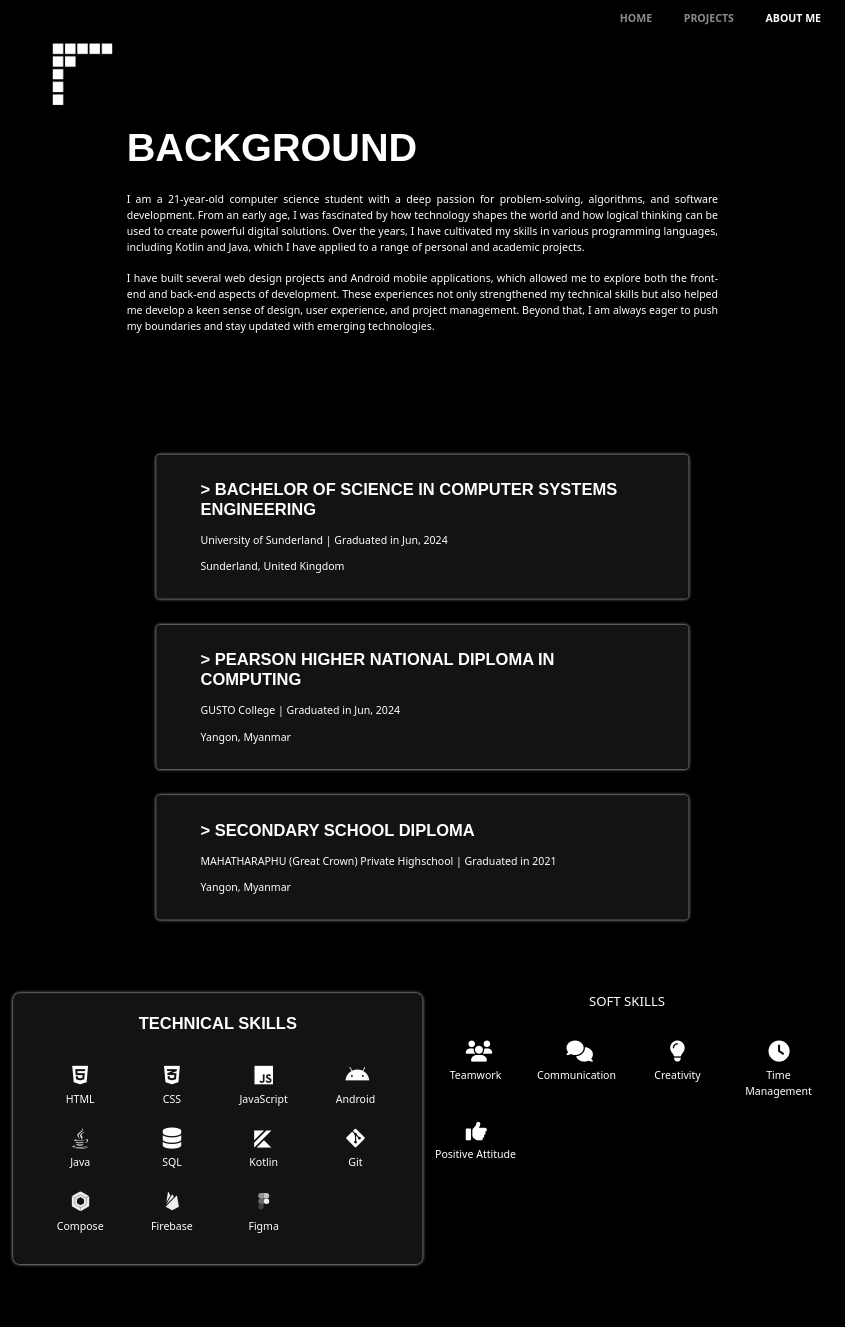
Repository: pyaestk/Portfolio-template
Page: aboutme.html
These files come from the project's save history. The page is drawn as it stood at one moment and after the next save; the edit follows.
The browser window is 1280 px wide. The pictures show the whole page, at 66% of full size.
Some web fonts or font styles are not loaded; a fallback is used. Some web libraries are served in a nearby version.

Above is the page before, as saved 2025-05-24 13:17:11.
Console error: TypeError: Cannot read properties of null (reading 'addEventListener')

### aboutme.html
<!DOCTYPE html>

<html lang="en">

  <head>
    <link
      href="https://cdn.jsdelivr.net/npm/bootstrap@5.3.5/dist/css/bootstrap.min.css"
      rel="stylesheet"
      integrity="sha384-SgOJa3DmI69IUzQ2PVdRZhwQ+dy64/BUtbMJw1MZ8t5HZApcHrRKUc4W0kG879m7"
      crossorigin="anonymous">
    <script
      src="https://cdn.jsdelivr.net/npm/bootstrap@5.3.5/dist/js/bootstrap.bundle.min.js"
      integrity="sha384-k6d4wzSIapyDyv1kpU366/PK5hCdSbCRGRCMv+eplOQJWyd1fbcAu9OCUj5zNLiq"
      crossorigin="anonymous"></script>
    <link rel="stylesheet"
      href="https://cdnjs.cloudflare.com/ajax/libs/font-awesome/6.1.2/css/all.min.css">
    <link href="styles.css" rel="stylesheet">

    <!-- google fonts -->
    <link rel="preconnect" href="https://fonts.googleapis.com">
    <link rel="preconnect" href="https://fonts.gstatic.com" crossorigin>
    <link
      href="https://fonts.googleapis.com/css2?family=Doto:wght@100..900&display=swap"
      rel="stylesheet">
    <link
      href="https://fonts.googleapis.com/css2?family=Roboto:ital,wght@0,100..900;1,100..900&display=swap"
      rel="stylesheet">

    <meta charset="utf-8">
    <meta name="viewport"
      content="width=device-width, initial-scale=1, minimum-scale=1, maximum-scale=1 ">

    <title>My Webpage</title>
  </head>

  <body class="bg-black">

    <nav class="navbar navbar-expand-lg bg-black navbar-dark sticky-top">
      <div class="container-fluid">
        <a class="navbar-brand" href="#"></a>
        <button class="navbar-toggler" type="button" data-bs-toggle="collapse"
          data-bs-target="#navbarNav"
          aria-controls="navbarNav" aria-expanded="false"
          aria-label="Toggle navigation">
          <span class="navbar-toggler-icon"></span>
        </button>
        <div class="collapse navbar-collapse justify-content-end"
          id="navbarNav">
          <ul class="navbar-nav text-center">
            <li class="nav-item px-3">
              <a class="nav-link" aria-current="page" href="index.html">HOME</a>
            </li>
            <li class="nav-item px-3">
              <a class="nav-link" href="projects.html">PROJECTS</a>
            </li>
            <li class="nav-item px-3">
              <a class="nav-link active" href="aboutme.html">ABOUT ME</a>
            </li>
          </ul>
        </div>
      </div>
    </nav>

    <div class="background-container text-white">
      <img src="img/decoration-block2.png" class="decoration-image-1"
        style="--delay: .2s;">

      <h4 class="title" style="--delay: .3s;">BACKGROUND</h4>
      <p style="--delay: .4s;">I am a 21-year-old computer science student with
        a deep passion for problem-solving,
        algorithms, and software development. From an early age, I was
        fascinated by how technology shapes the world and
        how logical thinking can be used to create powerful digital solutions.
        Over the years, I have cultivated my skills
        in various programming languages, including Kotlin and Java, which I
        have applied to a range of personal and
        academic projects.
        <br><br>
        I have built several web design projects and Android mobile
        applications, which allowed me to explore both the
        front-end and back-end aspects of development. These experiences not
        only strengthened my technical skills but
        also helped me develop a keen sense of design, user experience, and
        project management. Beyond that, I am always
        eager to push my boundaries and stay updated with emerging technologies.
        <!-- <br><br>
      Currently, I am particularly interested in deepening my knowledge in fields such as artificial intelligence,
      software engineering, and cybersecurity. I am constantly exploring new concepts through online courses, tutorials,
      and technical communities. My goal is to continue developing solutions that are not only technically sound but
      also meaningful and impactful.
      <br><br>
      Driven by curiosity and a desire to innovate, I see computer science as more than just a career path—it is a
      lifelong journey of learning, building, and contributing to technological advancement. -->
      </p>
    </div>

    <div class="education-container">
      <div class="card reveal3">
        <div class="card-body">
          <h4>> BACHELOR OF SCIENCE IN COMPUTER SYSTEMS ENGINEERING</h4>
          <p>University of Sunderland | Graduated in Jun, 2024</p>
          <span>Sunderland, United Kingdom</span>
        </div>
      </div>
      <div class="card reveal3">
        <div class="card-body">
          <h4>> PEARSON HIGHER NATIONAL DIPLOMA IN COMPUTING</h4>
          <p>GUSTO College | Graduated in Jun, 2024</p>
          <span>Yangon, Myanmar</span>
        </div>
      </div>
      <div class="card reveal3">
        <div class="card-body ">
          <h4>> SECONDARY SCHOOL DIPLOMA</h4>
          <p>MAHATHARAPHU (Great Crown) Private Highschool | Graduated in
            2021</p>
          <span>Yangon, Myanmar</span>
        </div>
      </div>
    </div>

    <div class="container-fluid text-white my-5">
      <div class="row mx-2">

        <div class="col-12 col-md-6 mb-5 technical-skills reveal3">
          <h5 class="mb-5 text-center">TECHNICAL SKILLS</h5>

          <div class="row g-3">
            <div class="col-4 col-md-3 text-center">
              <i class="fa-brands fa-html5 fa-2x tech-icon"></i>
              <p>HTML</p>
            </div>
            <div class="col-4 col-md-3 text-center">
              <i class="fa-brands fa-css3-alt fa-2x tech-icon"></i>
              <p>CSS</p>
            </div>
            <div class="col-4 col-md-3 text-center">
              <i class="fa-brands fa-js fa-2x tech-icon"></i>
              <p>JavaScript</p>
            </div>
            <div class="col-4 col-md-3 text-center">
              <i class="fa-brands fa-android fa-2x tech-icon"></i>
              <p>Android</p>
            </div>
            <div class="col-4 col-md-3 text-center">
              <i class="fa-brands fa-java fa-2x tech-icon"></i>
              <p>Java</p>
            </div>
            <div class="col-4 col-md-3 text-center">
              <i class="fa-solid fa-database fa-2x tech-icon"></i>
              <p>SQL</p>
            </div>
            <div class="col-4 col-md-3 text-center">
              <svg xmlns="http://www.w3.org/2000/svg" viewBox="0 0 8 8"
                class="tech-icon">
                <path fill="currentColor"
                  d="m1 8l3-3l3 3M0 5V1h4M0 8V6l5-5h2" />
              </svg>
              <p>Kotlin</p>
            </div>
            <div class="col-4 col-md-3 text-center">
              <i class="fa-brands fa-git-alt fa-2x tech-icon"></i>
              <p>Git</p>
            </div>
            <div class="col-4 col-md-3 text-center">
              <svg xmlns="http://www.w3.org/2000/svg" viewBox="0 0 128 128"
                class="tech-icon">
                <path fill="#ededed"
                  d="M63.353.759c-2.022-.048-3.83.515-5.604 1.486L14.737 27.521l-1.716 1.01l-.808.555c-1.067.628-2.21 2.15-2.97 3.175l4.168 2.324l2.82 1.55l9.592 5.4l2.454 1.36c1.237-1.491 1.306-1.596 2.472-2.566l26.833-15.884c1.554-.85 3.964-1.976 5.736-1.936c1.769.041 4.04.556 5.552 1.476l23.485 13.342l2.944 1.637a26.5 26.5 0 0 1 3.825 3.052l18.723-11.19l-1.666-1.624c-1.893-1.528-2.544-1.815-3.864-2.497L69.664 2.637C67.932 1.582 65.38.807 63.353.759m.276 23.845c-.95 0-3.036.411-3.86.884l-27.905 16.57c-.823.472-1.655 1.983-2.13 2.801s-.837 2.452-.839 3.303l-.055 33.254c-.002.946.421 2.006.896 2.824s1.268 1.581 2.091 2.054l28.68 16.194c1.07.493 2.69.787 3.64.787s2.174-.147 3.709-.777l27.42-16.173c.824-.474 2.1-1.772 2.575-2.59c.475-.819 1.498-2.895 1.493-3.841l-.146-32.52c-.001-.945-.832-2.85-1.307-3.667c-.475-.82-2.284-2.36-3.108-2.833L67.623 25.58c-.824-.473-3.043-.977-3.994-.977Zm55.2 7.65l-1.163.725l-17.474 10.441c.42 1 .891 3.278.946 4.363l.002.01l.008.312v31.3a10.09 10.09 0 0 1-4.963 8.786l-25.434 15.315c-.922.545-3.108 1.394-5.452 1.841l.002 1.516l-.037 7.825l-.006 3.775l.043 8.781c1.255-.01 3.339-.766 4.423-1.36l.317-.182l.009-.004l44.498-26.253a11.54 11.54 0 0 0 5.666-10.048V37.734c-.014-1.458-.72-4.093-1.385-5.48M8.47 33.817l-.415 1.949c-.352 2.928-.29 3.223-.202 4.705l-.012 49.185c-.02 2.027-.099 4.84.899 6.606c.993 1.762 2.916 2.799 4.657 3.827l45.2 25.602l.008.004l.318.179c1.399.644 2.986 1.145 4.592 1.241l.012-4.872l.004-3.748l-.006-11.404l-.006-1.81c-1.809-.118-3.218-.654-4.14-1.199l-27.041-15.14c-1.527-.9-3.437-1.913-4.308-3.455c-.87-1.543-1.252-3.886-1.235-5.658l.017-29.064l.008-2.096c.061-1.414.277-2.403.687-4.15zm55.323 4.77c.612 0 2.044.327 2.575.632l17.503 9.854c.531.304 1.698 1.3 2.004 1.826c.306.528.84 1.754.84 2.363l.096 20.959c.002.609-.655 1.948-.963 2.476c-.306.528-1.127 1.363-1.657 1.668L66.52 88.79c-.99.406-1.78.505-2.394.505c-.612 0-1.653-.192-2.342-.51L43.297 78.349a3.8 3.8 0 0 1-1.348-1.324c-.306-.528-.579-1.212-.578-1.82l.035-21.431c0-.548.235-1.602.54-2.13c.307-.528.844-1.5 1.374-1.804l17.985-10.68c.531-.305 1.877-.57 2.489-.57z" />
              </svg>
              <p>Compose</p>
            </div>
            <div class="col-4 col-md-3 text-center">
              <svg xmlns="http://www.w3.org/2000/svg" viewBox="0 0 24 24"
                class="tech-icon">
                <rect width="24" height="24" fill="none" />
                <path fill="#ededed"
                  d="m20 18.69l-7.3 4.05q-.75.39-1.5 0L4 18.69L17.05 5.54l.35-.1c.3 0 .47.13.5.4zM9.35 5.74L4.8 13.29L6.7 1.34c.03-.27.2-.4.5-.4c.2 0 .33.06.4.25l2.15 3.95zM13.85 7L4.3 16.59l7.25-12.3c.1-.2.25-.29.45-.29s.33.09.4.29z" />
              </svg>
              <p>Firebase</p>
            </div>
            <div class="col-4 col-md-3 text-center">
              <svg xmlns="http://www.w3.org/2000/svg" viewBox="0 0 24 24"
                class="tech-icon">
                <rect width="24" height="24" fill="none" />
                <path fill="#ededed"
                  d="M11.667 2H8.333a3.333 3.333 0 1 0 0 6.667h3.334z"
                  opacity="0.6" />
                <path fill="#ededed"
                  d="M11.667 8.667H8.333a3.333 3.333 0 0 0 0 6.666h3.334z"
                  opacity="0.4" />
                <path fill="#ededed"
                  d="M18.333 12a3.333 3.333 0 1 1-6.667 0a3.333 3.333 0 0 1 6.667 0" />
                <path fill="#ededed"
                  d="M8.333 15.334h3.334v3.333a3.333 3.333 0 1 1-3.334-3.334"
                  opacity="0.2" />
                <path fill="#ededed"
                  d="M11.666 2h3.333a3.333 3.333 0 1 1 0 6.667h-3.333z"
                  opacity="0.8" />
              </svg>
              <p>Figma</p>
            </div>
          </div>
        </div>

        <div class="col-12 col-md-6 mb-5">
          <h5 class="mb-5 text-center">SOFT SKILLS</h5>
          <div class="row g-3">
            <div class="col-4 col-md-3 text-center">
              <i class="fa-solid fa-users fa-2x tech-icon"></i>
              <p>Teamwork</p>
            </div>
            <div class="col-4 col-md-3 text-center">
              <i class="fa-solid fa-comments fa-2x tech-icon"></i>
              <p>Communication</p>
            </div>
            <div class="col-4 col-md-3 text-center">
              <i class="fa-solid fa-lightbulb fa-2x tech-icon"></i>
              <p>Creativity</p>
            </div>
            <div class="col-4 col-md-3 text-center">
              <i class="fa-solid fa-clock fa-2x tech-icon"></i>
              <p>Time Management</p>
            </div>
            <div class="col-4 col-md-3 text-center">
              <i class="fa-solid fa-thumbs-up fa-2x tech-icon"></i>
              <p>Positive Attitude</p>
            </div>
        </div>

      </div>
    </div>

    <script src="script.js"></script>
  </body>

</html>

### styles.css
* {
  margin: 0;
  padding: 0;
}
html {
  scroll-behavior: smooth;
}


/* index.html */

video {
  object-fit: cover;
  width: 100vw;
  height: 100vh;
  position: fixed;
  top: 0;
  left: 0;
  z-index: -1;
  filter: brightness(50%) grayscale(100%);
  transform: scaleX(-1);
  mask-image: linear-gradient(to right, black 0%, transparent 90%);
}
.navbar-nav a {
  font-weight: bolder;
}

.intro-container {
  display: flex;
  justify-content: center;
  align-items: start;
  flex-direction: column;
  flex-wrap: wrap;
  min-height: 90vh;
  padding: 50px 0;
}
.intro-text p {
  font-size: 20px;
  text-align: start;
  padding-right: 30%;
}
.my-role {
  font-size: 25px;
}
.my-name {
  font-family: "Doto", sans-serif;
  font-size: 60px;
  font-weight: bolder;
  max-lines: 3;
}

.social-links {
  display: flex;
  align-items: center;
  flex-direction: row;
  justify-content: start; /* or center if you want them centered */
  margin-top: 50px;
}
.social-links a {
  display: inline-flex; /* So the <a> fits nicely around icon */
  align-items: center;
  justify-content: center;
}
.social-links svg {
  width: 30px;
  height: 30px;

}
.social-links .linkedin {
  padding: 0 50px;
}
.intro-btns button{
  margin-top: 20px;
  width: 200px;
  height: 50px;
  margin-right: 20px;
  font-weight: bolder;
}






/* projects.html */

.projects-container {
  width: 100%;
  height: auto;
  display: flex;
  justify-content: space-evenly;
  align-items: center;
  flex-direction: row;
  flex-wrap: wrap;
  padding: 5% 5%;
}
.project-intro{
  width: 30%;
  height: auto;
  position: sticky;
  top: 120px; /* Adjust this value as needed */
  align-self: flex-start; /* Align to the start of the container */
}
.projects-list-container {
  width: 70%;
  display: flex;
  justify-content: center;
  align-items: center;
  flex-direction: column;
}

.projects-list{
  display: grid;
  grid-template-columns: repeat(auto-fit, minmax(350px, 1fr));
  gap: 30px;
}
.project-intro h1 {
  font-size: 55px;
  color: white;
  font-family: "Doto", sans-serif;
  font-weight: bolder;
}

.projects-container .card {
  box-shadow: 0 0 5px rgb(255, 255, 255);
  height: auto;
  background-color: rgba(29, 29, 29, 0.671);
  display: flex;
  justify-content: center;
  align-items: center;
  flex-direction: column;
  padding: 10px;
  color: white;
}
.projects-container .card-body{
  padding: 20px 10px 10px 10px;
}
.projects-container .card:hover {
  box-shadow: 0 0 15px rgb(255, 255, 255);
  transition: all 0.2s ease-in-out;
}




/* education.html */
.education-container {
  width: 100%;
  height: auto;
  display: flex;
  justify-content: space-evenly;
  align-items: center;
  flex-direction: column;
  flex-wrap: wrap;
  padding: 5% 5%;
  gap: 40px;
}

.education-container .card {
  width: 70%;
  height: auto;
  background-color: rgba(29, 29, 29, 0.671);
  padding: 20px 50px;
  color: white;
  box-shadow: 0 0 5px rgb(255, 255, 255);
}


.education-container .card:hover {
  box-shadow: 0 0 15px rgb(255, 255, 255);
  transition: all 0.2s ease-in-out;
}

.education-container .card h4 {
  font-size: 25px;
  color: white;
  font-family: "Doto", sans-serif;
  font-weight: bolder;
  margin-bottom: 20px;
}



/* about me.html */
.background-container {
  position: relative; /* Needed for absolute child positioning */
  width: 100%;
  display: flex;
  justify-content: center;
  align-items: start;
  flex-direction: column;
  padding: 8% 15%;
}

.background-container h4 {
  font-size: 60px;
  font-weight: bolder;
  font-family: "Doto", sans-serif;
  margin-top: 30px;
  margin-bottom: 30px;
}
.background-container p {
  text-align: justify;
}

.decoration-image-1 {
  position: absolute; /* Take it out of flow */
  top: 10px;
  left: 80px;
  width: 90px;
  height: auto;
  pointer-events: none; /* Prevents accidental clicks */
  user-select: none;
}


.technical-skills h5 {
  font-size: 25px;
  font-weight: bolder;
  font-family: "Doto", sans-serif;

}

.technical-skills{
  background-color: rgba(29, 29, 29, 0.671);
  box-shadow: 0 0 5px rgb(255, 255, 255);
  color: white;
  border-radius: 10px;
  padding: 30px 40px;
  text-align: start;
}

.technical-skills:hover{
  box-shadow: 0 0 15px rgb(255, 255, 255);
  transition: all 0.2s ease-in-out;
}

.tech-icon{
  width: 30px;
  height: 30px;
  margin-bottom: 10px;
}

.contact-container {
  width: 100%;
  height: auto;
  display: flex;
  justify-content: center;
  align-items: center;
  flex-direction: column;
  padding: 5% 5%;
}




/* on load animation */
.intro-body h1,
.intro-body p,
.intro-body .intro-btns,
.projects-container .card,
.project-intro h1, .project-intro p,
.background-container h4,
.background-container p,
.background-container image{
  display: block;
  opacity: 0;
  animation: reveal 0.5s forwards var(--delay);
}
@keyframes reveal {
  /* from { translate: - 20px; }
  to { translate: none; opacity: 1;} */
  from {
    transform: translateY(10px);
  }
  to {
    transform: translateY(0);
    opacity: 1;
  }
}

/* on scroll animation */

.reveal1 {
  position: relative;
  transform: translateX(70px);
  opacity: 0;
  transition: 1.1s all ease;
}
.reveal1.active {
  transform: translateX(0);
  opacity: 1;
}

.reveal2 {
  position: relative;
  transform: translateX(-70px);
  opacity: 0;
  transition: 1.1s all ease;
}
.reveal2.active2 {
  transform: translateX(0);
  opacity: 1;
}

.reveal3 {
  position: relative;
  transform: translateY(50px);
  opacity: 0;
  transition: 1.1s all ease;
}
.reveal3.active3 {
  transform: translateX(0);
  opacity: 1;
}




/* for small screen size */

@media (max-width: 1170px) {

  /* index.html */
  .intro-body {
    margin-top: 50px;
    margin-bottom: 50px;
    text-align: center;
  }
  .my-role {
    font-size: 20px;
  }
  .my-name {
    font-size: 27px;
  }
  .intro-text p {
    text-align: center;
    font-size: 15px;
    padding-right: 0;
  }

  /* projects.html */
  .projects-container {
    width: 100%;
    height: auto;
    display: flex;
    justify-content: space-evenly;
    align-items: center;
    flex-direction: row;
    flex-wrap: wrap;
    padding: 0px;
    gap: 40px;
  }
  .project-intro{
    width: auto;
    position: static;
    margin-top: 30px;
  }
  .projects-list{
    display: grid;
    grid-template-columns: repeat(auto-fit, minmax(280px, 1fr));
    gap: 30px;
  }
  .project-intro h1 {
    font-size: 35px;
    margin-top: 30px;
  }
  .project-intro p {
    font-size: 13px;
  }
  .intro-btns button{
    margin-left: 20px;
  }

  .projects-list-container {
    width: 80%;
  }
  .projects-list-container .card{
    margin-bottom: 20px;
  }
  .projects-list-container .card-text{
    font-size: 13px;
  }


  /* education.html */
  .education-container{
    padding: 10% 0%;
    gap: 30px;
  }

  .education-container .card h4{
    font-size: 20px;
  }
  .education-container p{
    font-size: 13px;
  }
  .education-container .card span {
    font-size: 13px;
  }

  .education-container .card {
    box-shadow: 0 0 10px rgb(255, 255, 255);
    padding: 15px 15px;
    width: 85%;
  }

  /* about me.html */
  .background-container {
    align-items: center;
  }
  .background-container h4 {
    font-size: 40px;
    margin-top: 55px;
  }
  .background-container p {
    font-size: 13px;
    padding-right: 0;
    text-align: justify;
  }
  .decoration-image-1 {
    position: absolute; /* Take it out of flow */
    top: 20px;
    left: 40px;
    width: 50px;
  }

  .skills-container {
    padding: 15px 15px;
  }
  .skills-container h5 {
    font-size: 23px;
  }
  .skills-container h6 {
    font-size: 18px;
  }
  .skills-container p {
    font-size: 13px;
  }

}

### script.js
/* on scroll animation */
function reveal() {
  var reveals3 = document.querySelectorAll(".reveal3");
  for (var i = 0; i < reveals3.length; i++) {
    var windowHeight = window.innerHeight;
    var elementTop = reveals3[i].getBoundingClientRect().top;
    var elementVisible = 50;
    if (elementTop < windowHeight - elementVisible) {
      reveals3[i].classList.add("active3");
    } else {
      reveals3[i].classList.remove("active3");
    }
  }
}
// Also run reveal() on scroll
window.addEventListener("scroll", reveal);

//download CV
document.getElementById("downloadBtn").addEventListener("click", function () {
  const fileUrl = "my cv.pdf"; // PDF file in the same folder

  const a = document.createElement("a");
  a.href = fileUrl;
  a.download = "CV.pdf"; // The filename when downloaded

  document.body.appendChild(a);
  a.click();
  document.body.removeChild(a);
});

After the next save:
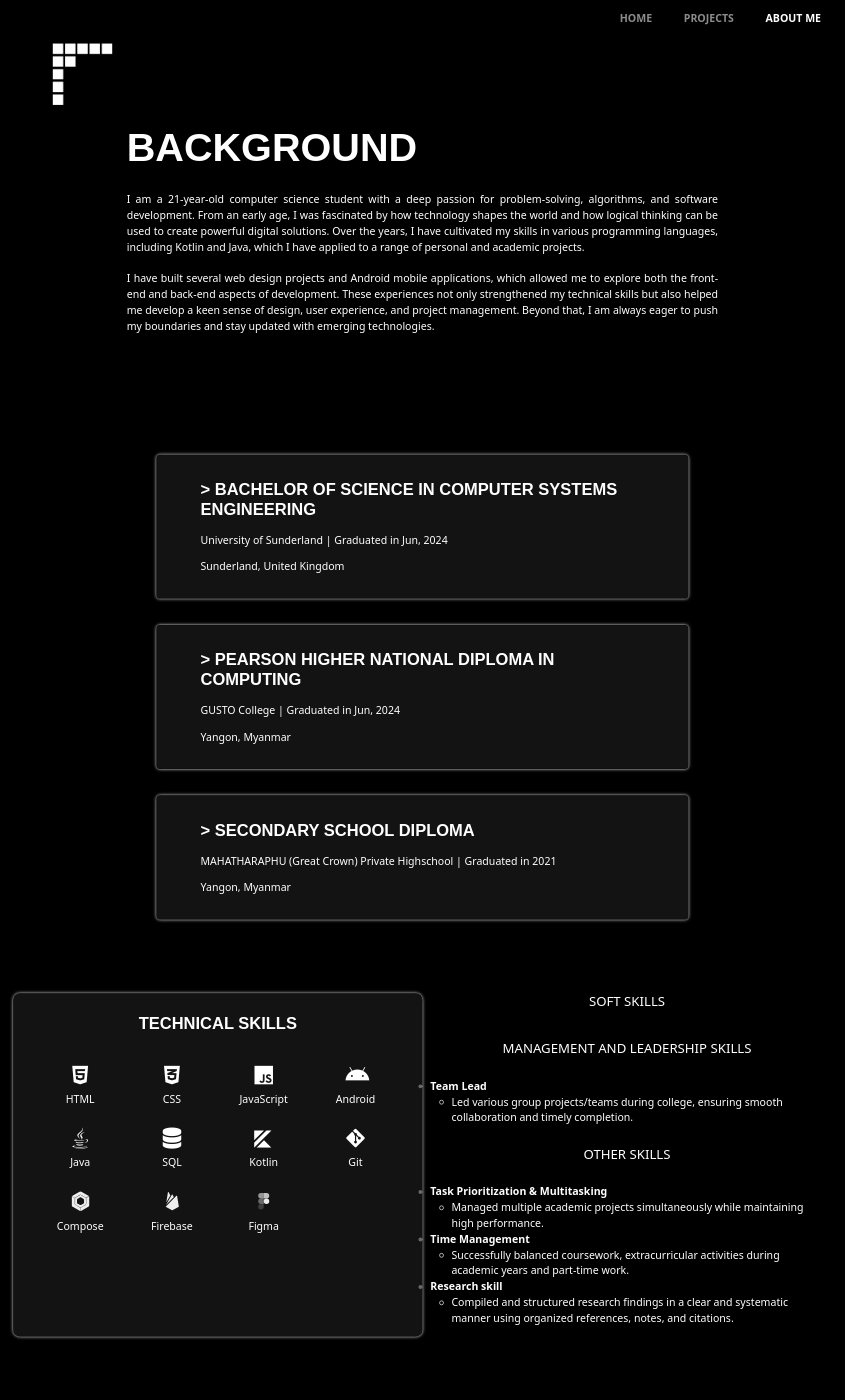
Saved 67 s later.
--- a/aboutme.html
+++ b/aboutme.html
@@ -205,26 +205,37 @@
 
         <div class="col-12 col-md-6 mb-5">
           <h5 class="mb-5 text-center">SOFT SKILLS</h5>
-          <div class="row g-3">
-            <div class="col-4 col-md-3 text-center">
-              <i class="fa-solid fa-users fa-2x tech-icon"></i>
-              <p>Teamwork</p>
-            </div>
-            <div class="col-4 col-md-3 text-center">
-              <i class="fa-solid fa-comments fa-2x tech-icon"></i>
-              <p>Communication</p>
-            </div>
-            <div class="col-4 col-md-3 text-center">
-              <i class="fa-solid fa-lightbulb fa-2x tech-icon"></i>
-              <p>Creativity</p>
-            </div>
-            <div class="col-4 col-md-3 text-center">
-              <i class="fa-solid fa-clock fa-2x tech-icon"></i>
-              <p>Time Management</p>
-            </div>
-            <div class="col-4 col-md-3 text-center">
-              <i class="fa-solid fa-thumbs-up fa-2x tech-icon"></i>
-              <p>Positive Attitude</p>
+            <div class="row g-3">
+            <h5 class="mb-3 text-center">MANAGEMENT AND LEADERSHIP SKILLS</h5>
+            <ul>
+              <li><strong>Team Lead</strong>
+              <ul>
+                <li>Led various group projects/teams during college, ensuring smooth collaboration and timely
+                completion.</li>
+              </ul>
+              </li>
+            </ul>
+
+            <h5 class="mb-3 text-center">OTHER SKILLS</h5>
+            <ul>
+              <li><strong>Task Prioritization & Multitasking</strong>
+              <ul>
+                <li>Managed multiple academic projects simultaneously while maintaining high performance.</li>
+              </ul>
+              </li>
+              <li><strong>Time Management</strong>
+              <ul>
+                <li>Successfully balanced coursework, extracurricular activities during academic years and part-time
+                work.</li>
+              </ul>
+              </li>
+              <li><strong>Research skill</strong>
+              <ul>
+                <li>Compiled and structured research findings in a clear and systematic manner using organized
+                references, notes, and citations.</li>
+              </ul>
+              </li>
+            </ul>
             </div>
         </div>
 
